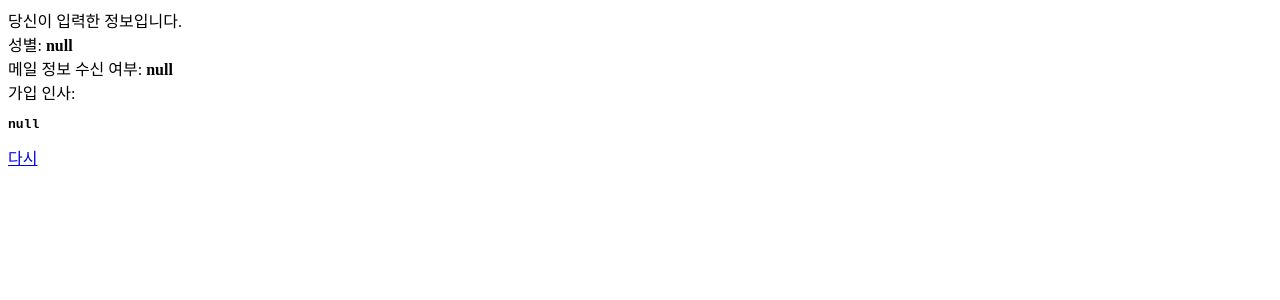
Repository: Yoon-jae-min/JSP-Servlet_Study
Page: http://localhost/web-study-02/RadioServlet
An editor plug-in stored every save of this project. The page is shown before and after the next save, followed by the edit.
The browser window is 1280 px wide. The pictures show the whole page.
The page is served by Tomcat 10. Other server files are loaded and not shown.

Above is the page before, as saved 2024-06-06 08:32:01.

### JSP&Servlet-Study/web-study-02/src/main/java/unit08/RadioServlet.java
package unit08;

import jakarta.servlet.ServletException;
import jakarta.servlet.annotation.WebServlet;
import jakarta.servlet.http.HttpServlet;
import jakarta.servlet.http.HttpServletRequest;
import jakarta.servlet.http.HttpServletResponse;
import java.io.IOException;
import java.io.PrintWriter;

/**
 * Servlet implementation class RadioServlet
 */
public class RadioServlet extends HttpServlet {
	private static final long serialVersionUID = 1L;

	/**
	 * @see HttpServlet#doGet(HttpServletRequest request, HttpServletResponse response)
	 */
	protected void doGet(HttpServletRequest request, HttpServletResponse response) throws ServletException, IOException {
		response.setContentType("text/html; charset=UTF-8");

		String gender = request.getParameter("gender");
		String chk_mail = request.getParameter("chk_mail");
		String content = request.getParameter("content");

		PrintWriter out = response.getWriter();
		out.print("<html><body>");
		out.print("당신이 입력한 정보입니다.<br>");
		out.print("성별: <b>");
		out.print(gender);
		out.print("</b><br>메일 정보 수신 여부: <b>");
		out.print(chk_mail);
		out.print("</b><br>가입 인사: <b><pre>");
		out.print(content);

		out.print("</pre></b><a href='javascript:history.go(-1)'>다시</a>");
		out.print("</body></html>");
		out.close();
	}

	/**
	 * @see HttpServlet#doPost(HttpServletRequest request, HttpServletResponse response)
	 */
	protected void doPost(HttpServletRequest request, HttpServletResponse response) throws ServletException, IOException {
		// TODO Auto-generated method stub
		doGet(request, response);
	}

}

After the next save:
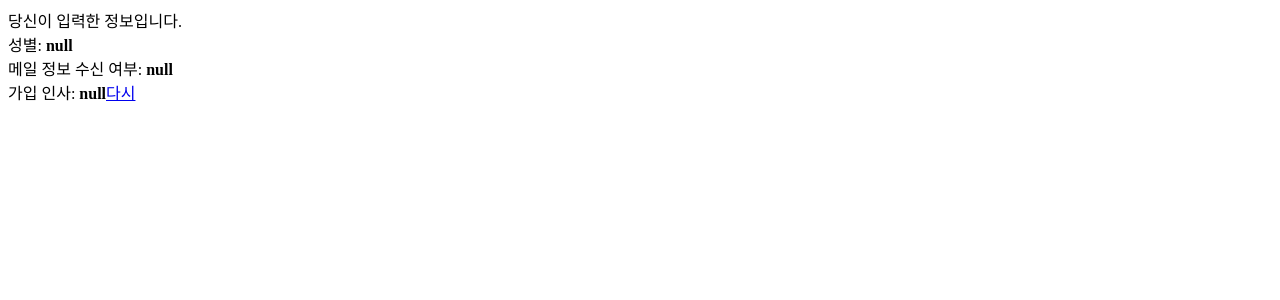
Saved 16 s later.
--- a/JSP&Servlet-Study/web-study-02/src/main/java/unit08/RadioServlet.java
+++ b/JSP&Servlet-Study/web-study-02/src/main/java/unit08/RadioServlet.java
@@ -31,10 +31,10 @@ public class RadioServlet extends HttpServlet {
 		out.print(gender);
 		out.print("</b><br>메일 정보 수신 여부: <b>");
 		out.print(chk_mail);
-		out.print("</b><br>가입 인사: <b><pre>");
+		out.print("</b><br>가입 인사: <b>");
 		out.print(content);
 
-		out.print("</pre></b><a href='javascript:history.go(-1)'>다시</a>");
+		out.print("</b><a href='javascript:history.go(-1)'>다시</a>");
 		out.print("</body></html>");
 		out.close();
 	}
